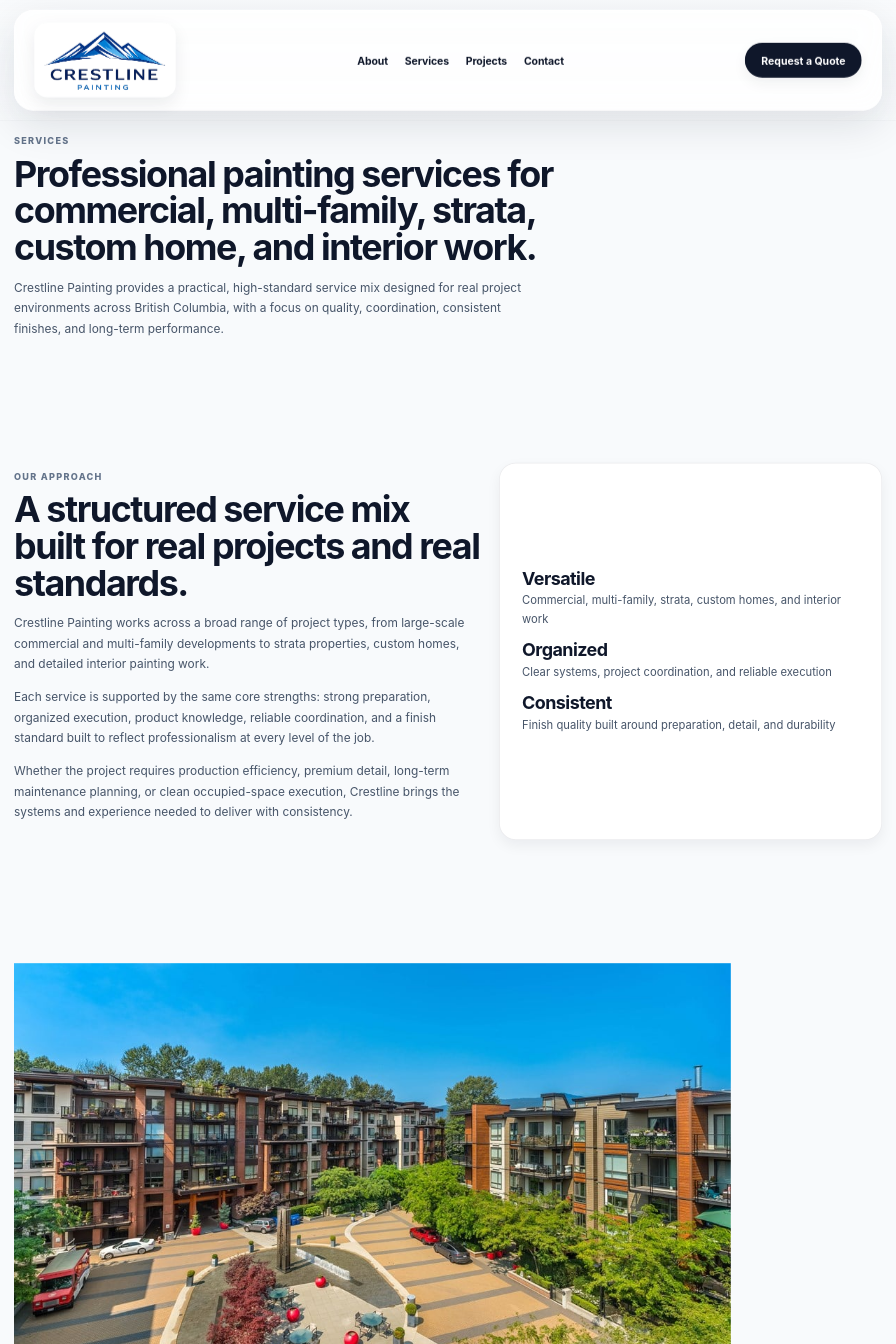
Repository: 300LBHACK3R/Crestline-Painting
Page: /services
These files come from the project's save history. The page is drawn as it stood at one moment and after the next save; the edit follows.
The browser window is 1280 px wide. The pictures show the part of the page from y = 0 to 1920 px (the page is 6067 px tall before and 6015 px after), at 70% of full size.
The project was rebuilt for these pictures with package versions that can differ from the ones it lists, and the page was loaded fresh each time. The framework's server and built-in components were replaced by stand-ins that run in the browser. Also part of the build but not shown: next.config.ts.

Above is the page before, as saved 2026-04-20 16:04:27.

After the next save:
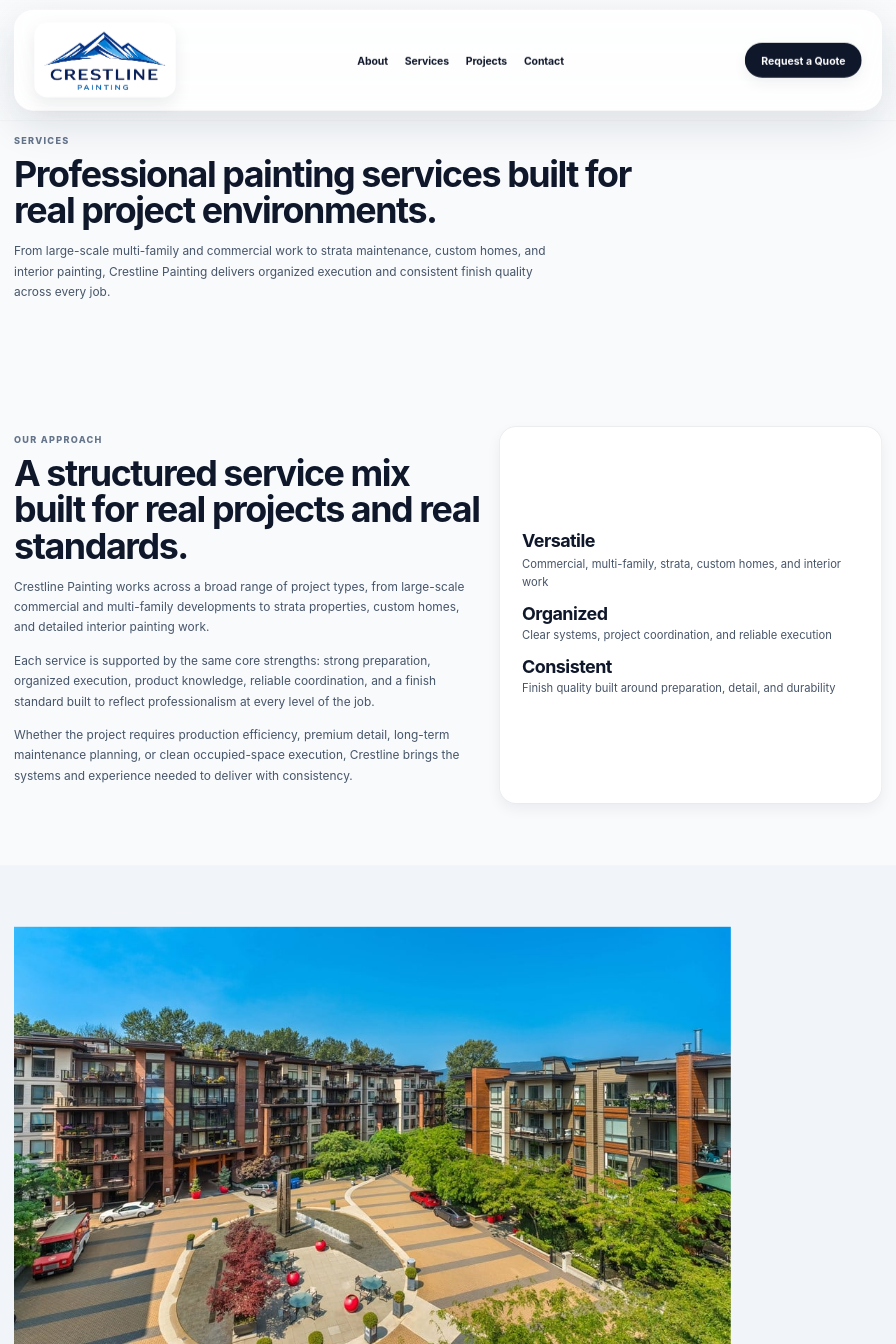
Saved 55 s later.
--- a/src/app/services/page.tsx
+++ b/src/app/services/page.tsx
@@ -10,8 +10,8 @@
       <main>
         <PageHero
           eyebrow="Services"
-          title="Professional painting services for commercial, multi-family, strata, custom home, and interior work."
-          copy="Crestline Painting provides a practical, high-standard service mix designed for real project environments across British Columbia, with a focus on quality, coordination, consistent finishes, and long-term performance."
+          title="Professional painting services built for real project environments."
+          copy="From large-scale multi-family and commercial work to strata maintenance, custom homes, and interior painting, Crestline Painting delivers organized execution and consistent finish quality across every job."
         />
 
         <section className="section">
@@ -63,7 +63,7 @@
           </div>
         </section>
 
-        <section className="section">
+        <section className="section section--soft">
           <div className="container">
             <ServiceCardGrid />
           </div>
